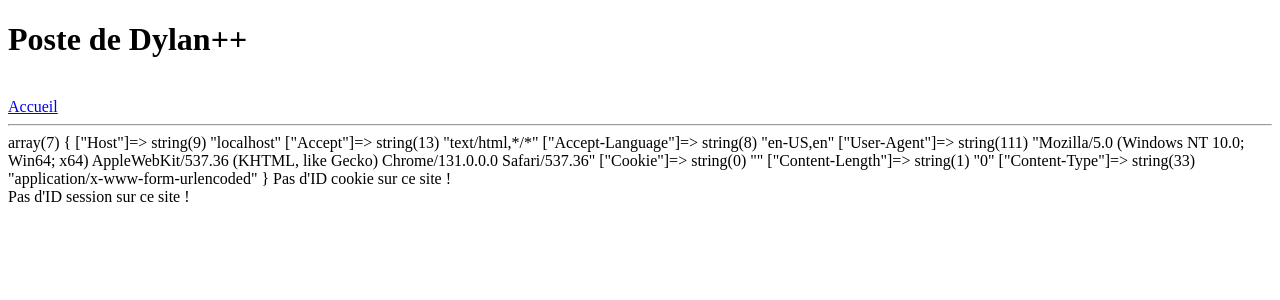
Repository: DylanCahu/cookie
Page: http://localhost/Cookies/consult.php
The author's editor kept a copy of each file at every save. The page is drawn from the files as they stood at one save, then again after the next save.
The browser window is 1280 px wide. The pictures show the whole page.
The page is run by PHP 8.4 with error messages shown; the project is at /var/www/html/.

Above is the page before, as saved 2021-12-13 09:23:51.

### consult.php
<!DOCTYPE html>
<html>
    <head>
        <title>JS</title>
        <meta charset="utf-8">

    </head>

    <body>
        <h1>Poste de Dylan++</h1>
</br>
<a href="/Cookies/index.html">Accueil</a>
        <hr>
<?php

$tabhead = getallheaders();
var_dump($tabhead);

if (isset($_COOKIE['numClient'])) {
    echo "<h3>Votre ID cookie est: " . $_COOKIE['numClient'] . "</br> ";
    $id = $_COOKIE['numClient'];} else {echo "Pas d'ID cookie sur ce site !</br>";
    $id = 0;}

if (isset($_SESSION['numClient'])) {
    echo "<h3>Votre ID session est: " . $_SESSION['numClient'] . "</br> ";
    $id = $_SESSION['numClient'];} else {echo "Pas d'ID session sur ce site !</br>";
    $id = 0;}

?>

    </body>
</html>

After the next save:
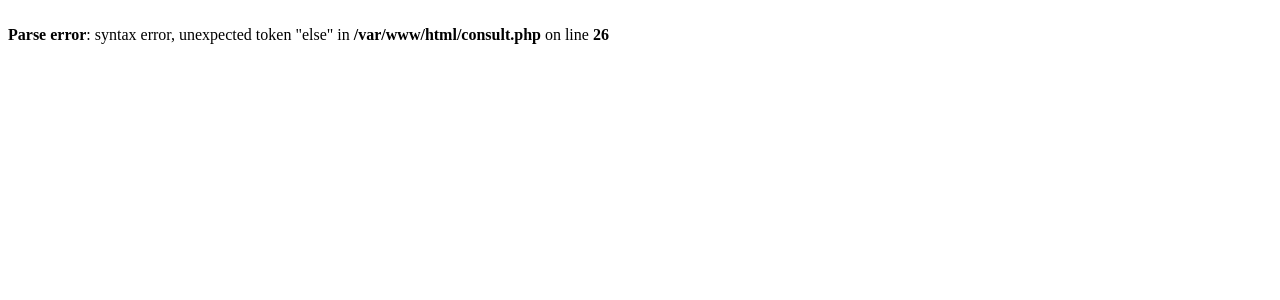
Saved 49 s later.
--- a/consult.php
+++ b/consult.php
@@ -16,15 +16,15 @@
 $tabhead = getallheaders();
 var_dump($tabhead);
 
-if (isset($_COOKIE['numClient'])) {
+if (isset($_COOKIE['numClient']))
     echo "<h3>Votre ID cookie est: " . $_COOKIE['numClient'] . "</br> ";
-    $id = $_COOKIE['numClient'];} else {echo "Pas d'ID cookie sur ce site !</br>";
-    $id = 0;}
+else echo "Pas d'ID cookie sur ce site !</br>";
+
 
 if (isset($_SESSION['numClient'])) {
     echo "<h3>Votre ID session est: " . $_SESSION['numClient'] . "</br> ";
-    $id = $_SESSION['numClient'];} else {echo "Pas d'ID session sur ce site !</br>";
-    $id = 0;}
+else echo "Pas d'ID session sur ce site !</br>";
+
 
 ?>
 
